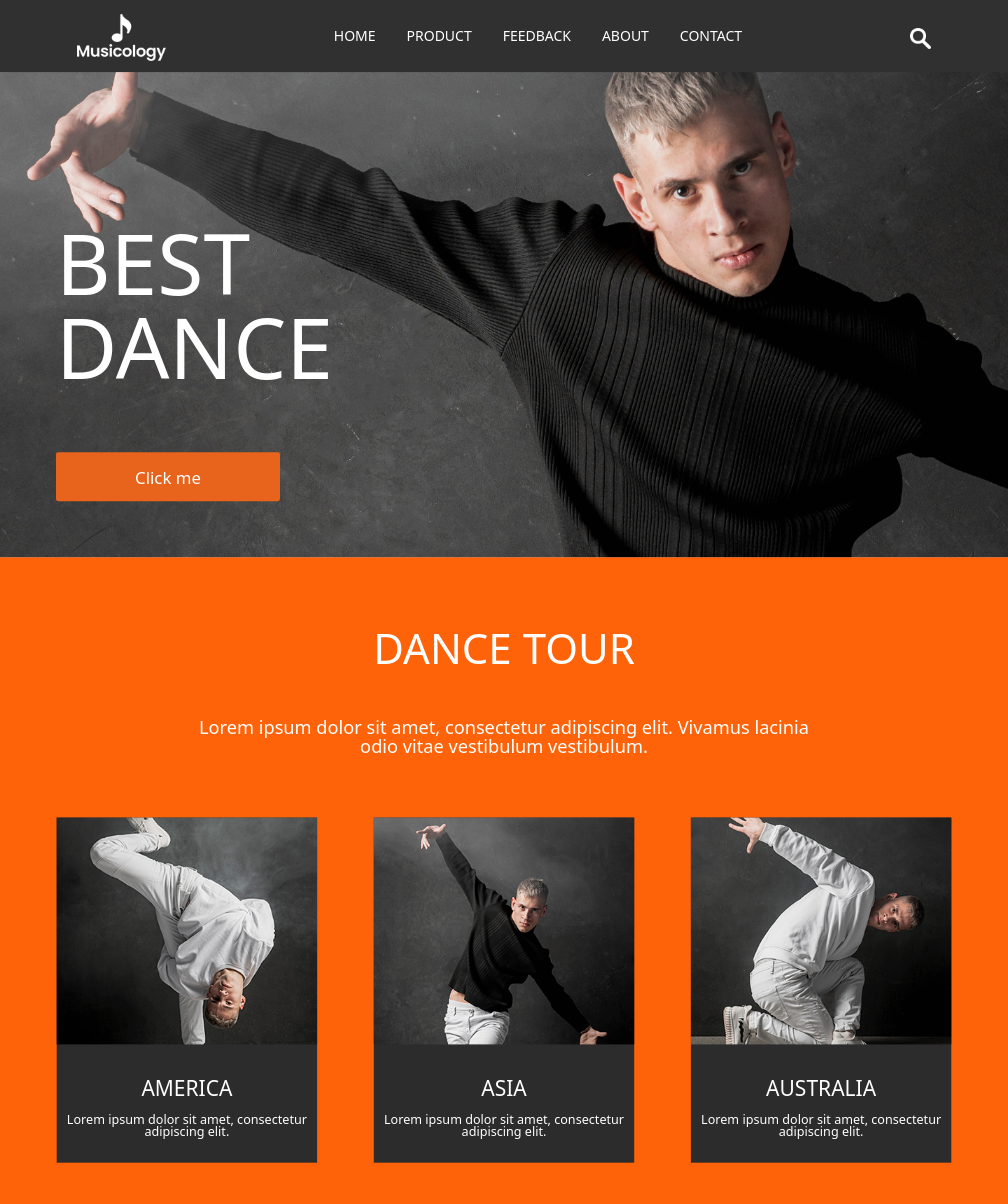
Repository: KinD2704/Web-University
Page: Bai30/index.html
The author's editor kept a copy of each file at every save. The page is drawn from the files as they stood at one save, then again after the next save.
The browser window is 1280 px wide. The page is 1440 px wide, so the pictures cover 1440 px, including what lies to the right of the window. The pictures show the part of the page from y = 0 to 1720 px (the page is 7257 px tall), at 70% of full size.

Above is the page before, as saved 2023-12-24 01:06:24.

### Bai30/index.html
<!DOCTYPE html>
<html lang="en">

<head>
    <meta charset="UTF-8" />
    <meta name="viewport" content="width=device-width, initial-scale=1.0" />
    <title>les 30 percent</title>
    <link rel="stylesheet" href="https://cdnjs.cloudflare.com/ajax/libs/font-awesome/6.5.1/css/all.min.css">
    <link rel="stylesheet" href="css/reset.css" />
    <link rel="stylesheet" href="css/global.css">
    <link rel="stylesheet" href="css/styles.css" />
</head>

<body>
    <!-- Header -->
    <header>
        <div class="container d-flex justify-space-around">
            <div>
                <img src="img/logo.png" alt="logo" class="logo1" />
            </div>
            <div>
                <ul>
                    <li><a href="#!" class="text-white transition-05">HOME</a></li>
                    <li><a href="#!" class="text-white transition-05">PRODUCT</a></li>
                    <li><a href="#!" class="text-white transition-05">FEEDBACK</a></li>
                    <li><a href="#!" class="text-white transition-05">ABOUT</a></li>
                    <li><a href="#!" class="text-white transition-05">CONTACT</a></li>
                </ul>
            </div>
            <div>
                <img src="img/search.png" alt="search" class="search" />
            </div>
        </div>
    </header>

    <div class="banner1">
        <div class="banner1__item">
            <div class="banner1__text">
                <p class="text-white">BEST DANCE</p>
            </div>
            <div class="banner1__text2">
                <p class="text-white"></p>
            </div>
            <div>
                <button class="buttonBtn transition-05 text-white">Click me</button>
            </div>
        </div>
    </div>
    <div class="banner2 h-974">
        <div class="banner2__container">
            <div class="banner2__text banner2__text1">
                <p class="text-white text-up">Dance Tour</p>
            </div>
            <div class="banner2__text banner2__text2">
                <p class="text-white">
                    Lorem ipsum dolor sit amet, consectetur adipiscing elit.
                    Vivamus lacinia odio vitae vestibulum vestibulum.
                </p>
            </div>
            <div class="banner2__item d-flex justify-space-evenly">
                <div class="banner2__item1">
                    <img src="img/item1.png" alt="" />
                    <p>AMERICA</p>
                    <p>
                        Lorem ipsum dolor sit amet, consectetur adipiscing
                        elit.
                    </p>
                </div>
                <div class="banner2__item1">
                    <img src="img/item2.png" alt="" />
                    <p>ASIA</p>
                    <p>
                        Lorem ipsum dolor sit amet, consectetur adipiscing
                        elit.
                    </p>
                </div>
                <div class="banner2__item1">
                    <img src="img/item3.png" alt="" />
                    <p>AUSTRALIA</p>
                    <p>
                        Lorem ipsum dolor sit amet, consectetur adipiscing
                        elit.
                    </p>
                </div>
            </div>
        </div>
    </div>
    <div class="banner3">
        <div class="banner2__container">
            <div class="banner2__text banner2__text1">
                <p class="text-white text-up">PRICING</p>
            </div>
            <div class="banner2__text banner2__text2">
                <p class="text-white">
                    The Latest Dance Industry Statistics Unveiled
                </p>
            </div>
            <div class="banner2__item d-flex justify-space-evenly">
                <div class="banner3__item1">
                    <div class="imgBasic"><img src="img/basic.png" alt=""></div>
                    <p>basic</p>
                    <p>Lorem ipsum dolor sit amet, consectetur adipiscing elit</p>
                    <div class="bannerBtn"><button>$150.00</button></div>
                </div>
                <div class="banner3__item1">
                    <div class="imgBasic"><img src="img/basic.png" alt="" /></div>
                    <p>Professional</p>
                    <p>Lorem ipsum dolor sit amet, consectetur adipiscing elit</p>
                    <div class="bannerBtn"><button>$200.00</button></div>
                </div>
                <div class="banner3__item1">
                    <div class="imgBasic"><img src="img/basic.png" alt="" /></div>
                    <p>Ultimate</p>
                    <p>Lorem ipsum dolor sit amet, consectetur adipiscing elit</p>
                    <div class="bannerBtn"><button>$250.00</button></div>
                </div>
            </div>
        </div>
        <div class="banner4 h-974">
            <div class="banner4__container d-flex">
                <div class="banner4__item1">
                    <img src="img/anh-banner4.png" alt="" class="h-974">
                </div>
                <div class="banner4__item2">
                    <p class="p1">BREAKING DANCE</p>
                    <p class="p2">the dancers who perform it. Breaking is popular in many places, but many people do not
                        understand it </p>
                    <div class="bannerBtn1"><button class="banner5-Btn">READ MORE</button></div>
                </div>

            </div>
        </div>
        <div class="banner5 h-974">
            <div class="banner5__container d-flex">
                <div class="banner5__item1">
                    <p class="p1">STREET DANCE</p>
                    <p class="p2">Street dance is a type of dance genre that came to being outside the traditional dance
                        studio</p>
                    <div class="bannerBtn1"><button class="banner5-Btn">READ MORE</button></div>
                </div>
                <div class="banner5__item2">
                    <img src="img/anh-banner5.png" alt="" class="h-974">
                </div>
            </div>
        </div>
        <div class="banner6 h-974">
            <div class="banner2__container">
                <div class="banner2__text banner2__text1">
                    <p class="text-up text-white">Our Statistics</p>
                </div>
                <div class="banner2__text banner2__text2">
                    <p class="text-white">
                        The survey was conducted from November 2022 to January
                        2023, for the reporting period of 2022.
                    </p>
                </div>
                <div class="banner6__item d-flex justify-space-evenly">
                    <div class="banner6__item1">
                        <p class="text-white">1240+</p>
                        <p class="text-white">Club</p>
                    </div>
                    <div class="banner6__item1">
                        <p class="text-white">2000+</p>
                        <p class="text-white">Active member</p>
                    </div>
                    <div class="banner6__item1">
                        <p class="text-white">1000+</p>
                        <p class="text-white">Community</p>
                    </div>
                </div>
            </div>
            <div class="banner7 h-974">
                <div></div>
            </div>
            <div class="banner8">
                <div class="banner2__container">
                    <div class="banner2__text banner2__text1">
                        <p class="text-up text-white">Subscribe</p>
                    </div>
                    <div class="banner2__text banner2__text2">
                        <p class="text-white">
                            The survey was conducted from November 2022 to January
                            2023, for the reporting period of 2022.
                        </p>
                    </div>
                    <div class="contact-email d-flex">
                        <input type="text" placeholder="Your Email" class="yourEmail">
                        <button class="subscribe text-white transition-05">SUBSCRIBE</button>
                    </div>
                </div>
            </div>
            <div class="banner9">
                <div class="banner9__container d-flex justify-space-around">
                    <div class="col-1 d-flex">
                        <p class="text-up">Musicology</p>
                        <p>
                            Lorem ipsum dolor sit amet consectetur adipisicing elit. Sapiente enim repudiandae provident necessitatibus aspernatur distinctio veniam exercitationem veritatis sunt tenetur.
                        </p>
                        <span class="col-1__p3">
                            <i class="fa-brands fa-facebook"></i>
                            <i class="fa-brands fa-instagram"></i>
                            <i class="fa-brands fa-twitter"></i>
                        </span>
                    </div>
                    <div>
                        <div class="col-2 d-flex">
                            <p>ABOUT</p>
                            <p>History</p>
                            <p>Our Team</p>
                            <p>About Me</p>
                            <p>Condition</p>
                            <p>Privacy Policy</p>
                        </div>
                    </div>
                    <div>
                        <div class="col-2 d-flex">
                            <p>OTHER</p>
                            <p>Contact us</p>
                            <p>Help</p>
                            <p>Privacy</p>
                        </div>
                    </div>
                </div>
            </div>

            <!-- Footer -->
            <footer></footer>
</body>

</html>

### Bai30/css/reset.css
article,
aside,
details,
figcaption,
figure,
footer,
header,
hgroup,
menu,
nav,
section {
    display: block;
}
body {
    line-height: 1;
}
ol,
ul {
    list-style: none;
}
blockquote,
q {
    quotes: none;
}
blockquote:before,
blockquote:after,
q:before,
q:after {
    content: "";
    content: none;
}
table {
    border-collapse: collapse;
    border-spacing: 0;
}

### Bai30/css/global.css
.h-974 {
    height: 974px;
}
.text-up {
    text-transform: uppercase;
}
.d-flex {
    display: flex;
}
.text-white {
    color: #ffffff;
}
.justify-space-evenly {
    justify-content: space-evenly;
}
.justify-space-around {
    justify-content: space-around;
}
.transition-05 {
    transition: 0.5s;
}

### Bai30/css/styles.css
* {
    margin: 0;
    padding: 0;
    font-family: system-ui, -apple-system, BlinkMacSystemFont, "Segoe UI",
        Roboto, Oxygen, Ubuntu, Cantarell, "Open Sans", "Helvetica Neue",
        sans-serif;
    box-sizing: border-box;
}
body {
    width: 1440px;
    margin: 0 auto;
}
/* Header */
header {
    position: fixed;
    width: 1440px;
    height: 103px;
    background-color: #303030;
    z-index: 100;
}
.container {
    line-height: 103px;
}
.container .search {
    font-size: 28px;
    margin-top: 40px;
}
.container .logo1 {
    margin-top: 20px;
}
header ul li {
    display: inline-block;
}
header ul li a {
    text-decoration: none;
    font-size: 20px;
    margin: 0 20px;
}
header ul li:hover a {
    color: orange;
}
/* banner 1 */
.banner1 {
    background-image: url("../img/banner1.png");
    height: 796px;
    background-repeat: no-repeat;
    background-size: cover;
    position: relative;
}
.banner1__item {
    position: absolute;
    width: 680px;
    bottom: 80px;
    left: 80px;
}
.banner1__text p {
    font-size: 120px;
}
.banner1__text2 p {
    font-size: 24px;
    padding: 45px 0;
}
.banner1__item button {
    width: 320px;
    height: 70px;
    border: none;
    border-radius: 3px;
    background-color: #e8631c;
    font-size: 24px;
}
/* banner 2 */
.banner2 {
    background-image: url("../img/banner2.png");
}
.banner2__container {
    padding: 100px 0;
}
.banner2__text1 p {
    font-size: 60px;
    text-align: center;
}
.banner2__text2 p {
    font-size: 26px;
    text-align: center;
    width: 892px;
    margin: 0 auto;
    margin-top: 70px;
    margin-bottom: 90px;
}
/* item */
.banner2__item1 {
    background-image: url("/img/background-item.png");
    width: 372px;
    height: 493px;
}

.banner2__item1 p {
    color: #ffffff;
    width: 372px;
}
.banner2__item1 p:first-of-type {
    display: block;
    font-size: 30px;
    text-align: center;
    margin-top: 45px;
}
.banner2__item1 p:last-of-type {
    display: block;
    font-size: 18px;
    text-align: center;
    margin-bottom: 40px;
    margin-top: 20px;
}

/* banner3 */
.banner3 {
    background-image: url("../img/banner3.png");
    height: 974px;
}
.banner3__item1 {
    color: white;
    background-image: url("../img/background-item-1.png");
    width: 372px;
    height: 493px;
}
.banner3__item1 .imgBasic {
    width: 372px;
    text-align: center;
    margin: 60px auto;
}
.banner3__item1 p:first-of-type {
    display: block;
    font-size: 30px;
    text-align: center;
    text-transform: uppercase;
    margin-bottom: 30px;
}
.banner3__item1 p:last-of-type {
    display: block;
    font-size: 18px;
    text-align: center;
    margin-bottom: 30px;
}
.banner3__item1 .bannerBtn {
    margin: 0 auto;
    width: 372px;
    text-align: center;
}
.banner3__item1 button,
.banner5-Btn {
    height: 70px;
    width: 80%;
    text-align: center;
    color: white;
    background-color: #303030;
    border-radius: 5px;
    font-size: 20px;
    transition: 0.5s;
}
.bannerBtn:hover button,
.banner5-Btn:hover,
.subscribe:hover,
.banner1__item button:hover {
    background-color: gold;
    cursor: pointer;
    color: sienna;
}
/* Banner 4 */
.banner4 {
    background-image: url("../img/banner4.png");
}
.banner4__item1,
.banner4__item2,
.banner5__item1,
.banner5__item2 {
    flex-basis: 50%;
}
.banner4__item1 img,
.banner5__item2 img {
    width: 100%;
    object-fit: cover;
}
.banner4__item2,
.banner5__item1 {
    color: white;
    padding-left: 60px;
    padding-right: 60px;
}
/* Banner 5 */
.banner5 {
    background-image: url("../img/banner5.png");
}
.banner5-Btn {
    width: 40%;
    margin-bottom: 270px;
}
.p1 {
    font-size: 60px;
    text-transform: uppercase;
    margin-top: 300px;
}
.p2 {
    font-size: 26px;
    margin: 0 auto;
    margin-top: 70px;
    margin-bottom: 90px;
}
/* banner 6 */
.banner6 {
    background-image: url("../img/banner6.png");
}
.banner6__item p:first-of-type {
    font-size: 50px;
    text-align: center;
    margin-bottom: 20px;
}
.banner6__item p:last-of-type {
    font-size: 35px;
    text-align: center;
}
/* Banner 7 */
.banner7 {
    background-image: url("../img/banner7-1.png");
}
/* Banner 8 */
.banner8 {
    background-image: url("../img/banner8.png");
    height: 579px;
}
.contact-email {
    width: 770px;
    height: 70px;
    margin: 0 auto;
}
.yourEmail {
    flex-basis: 70%;
}
.subscribe {
    flex-basis: 30%;
    background-color: #303030;
}
/* Banner 9 */
.banner9 {
    background-image: url("../img/banner9.png");
    height: 470px;
}
.banner9__container {
    padding-top: 125px;
    padding-bottom: 80px;
}
.col-1,
.col-2 {
    flex-direction: column;
    flex-basis: 25%;
    color: white;
}
.col-1 p {
    padding: 20px 0;
    transition: 0.5s;
}
.col-1 .col-1__p3 i {
    margin: 0 5px;
}
.col-2 p {
    transition: 0.5s;
}
.col-2 p:first-of-type {
    padding: 20px 0;
}
.col-2 p:not(:first-of-type) {
    padding: 5px 0;
}
.col-1 p:hover,
.col-2 p:hover {
    color: orange;
}

After the next save:
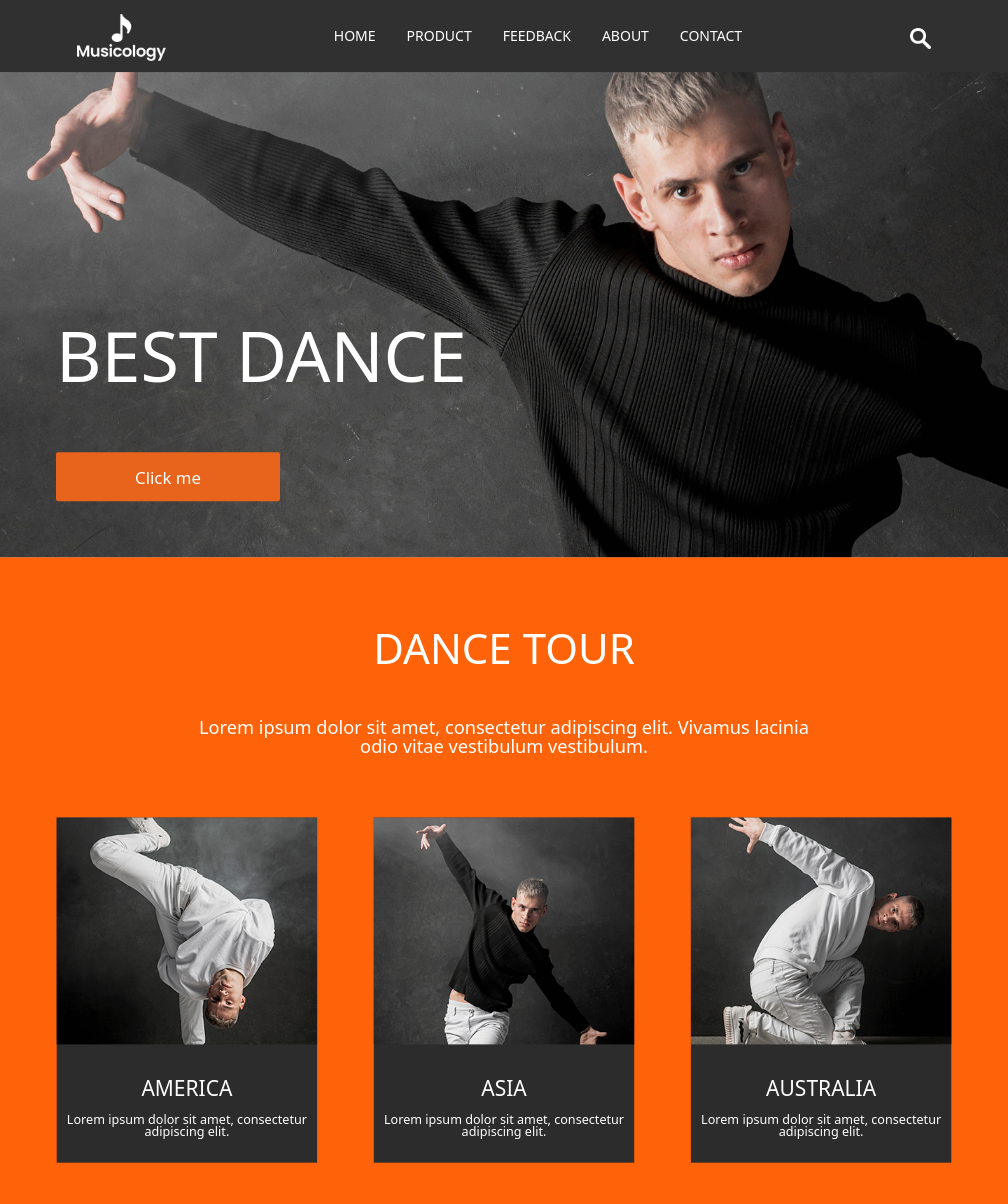
Saved 7 s later.
--- a/Bai30/css/styles.css
+++ b/Bai30/css/styles.css
@@ -49,12 +49,12 @@ header ul li:hover a {
 }
 .banner1__item {
     position: absolute;
-    width: 680px;
+    width: 640px;
     bottom: 80px;
     left: 80px;
 }
 .banner1__text p {
-    font-size: 120px;
+    font-size: 100px;
 }
 .banner1__text2 p {
     font-size: 24px;
